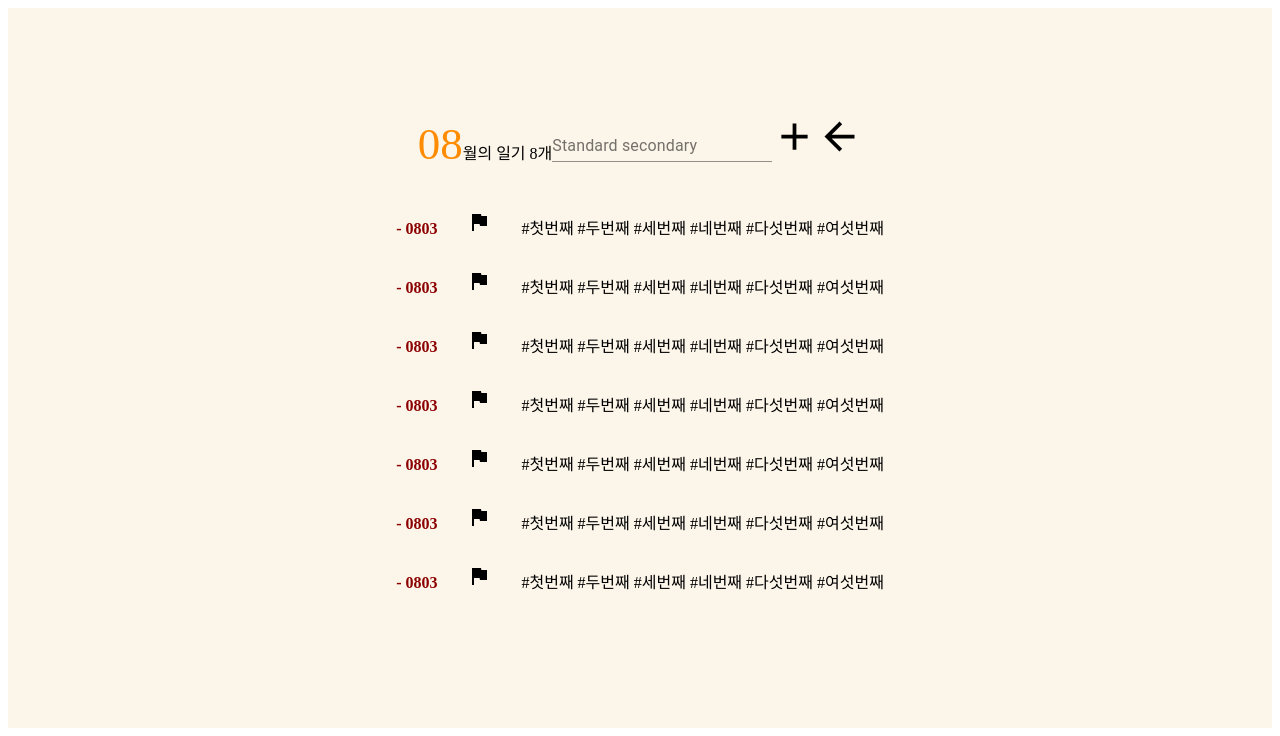
Repository: IMHANA/diary
Page: /list
An editor plug-in stored every save of this project. The page is shown before and after the next save, followed by the edit.
The browser window is 1280 px wide. The pictures show the whole page.
The project was rebuilt for these pictures with package versions that can differ from the ones it lists, and the page was loaded fresh each time. Also part of the build but not shown: src/App.css, src/pages/Main/main.js, src/pages/Month/month.js.

Above is the page before, as saved 2021-08-05 17:42:07.

After the next save:
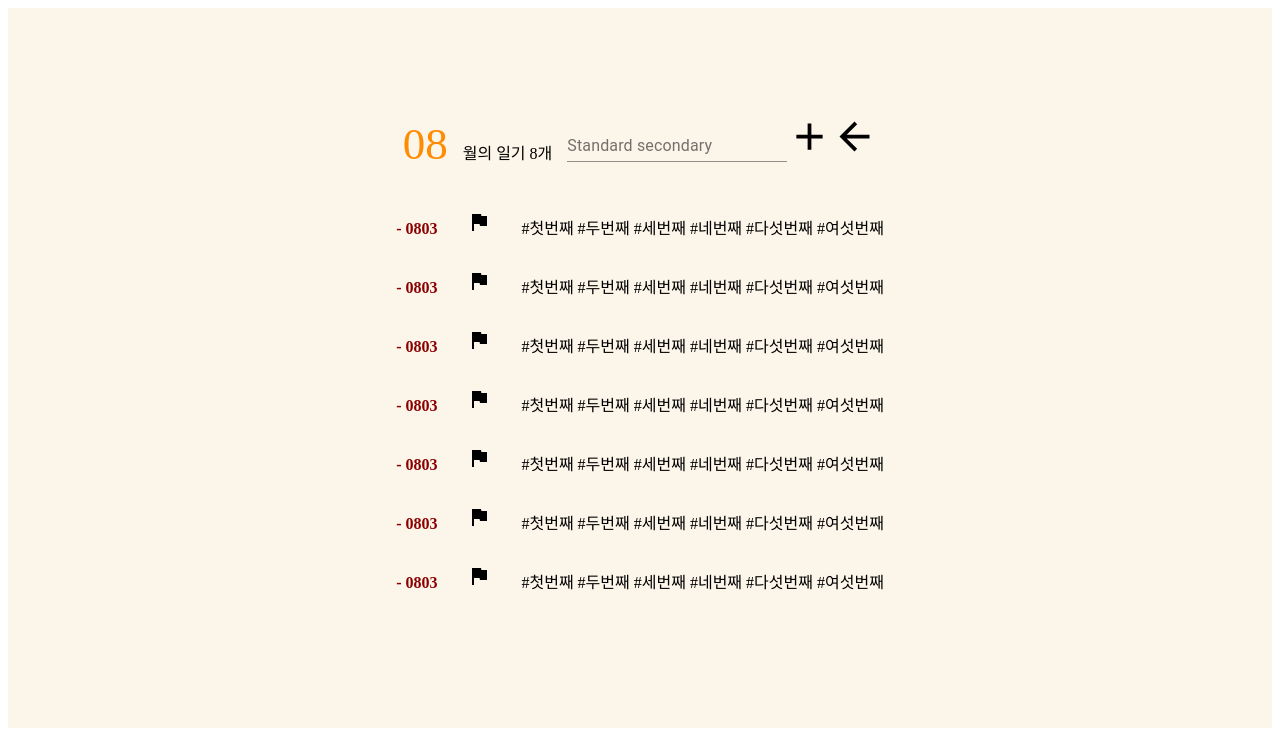
Saved 3 s later.
--- a/src/pages/DayList/dayList.js
+++ b/src/pages/DayList/dayList.js
@@ -9,7 +9,7 @@ export default class dayList extends Component {
             <div id='container'>
                 <div id='sub_box'>
                     <div className='list_title'>
-                        <span id='month'>08</span><span>월의 일기 8개</span>
+                        <span id='month'>08</span><span id='month_sub'>월의 일기 8개</span>
                         <TextField id="standard-secondary" label="Standard secondary" color="secondary" />
                         <Add style={{fontSize: '45px'}}/>
                         <ArrowBack style={{fontSize: '45px'}} />
